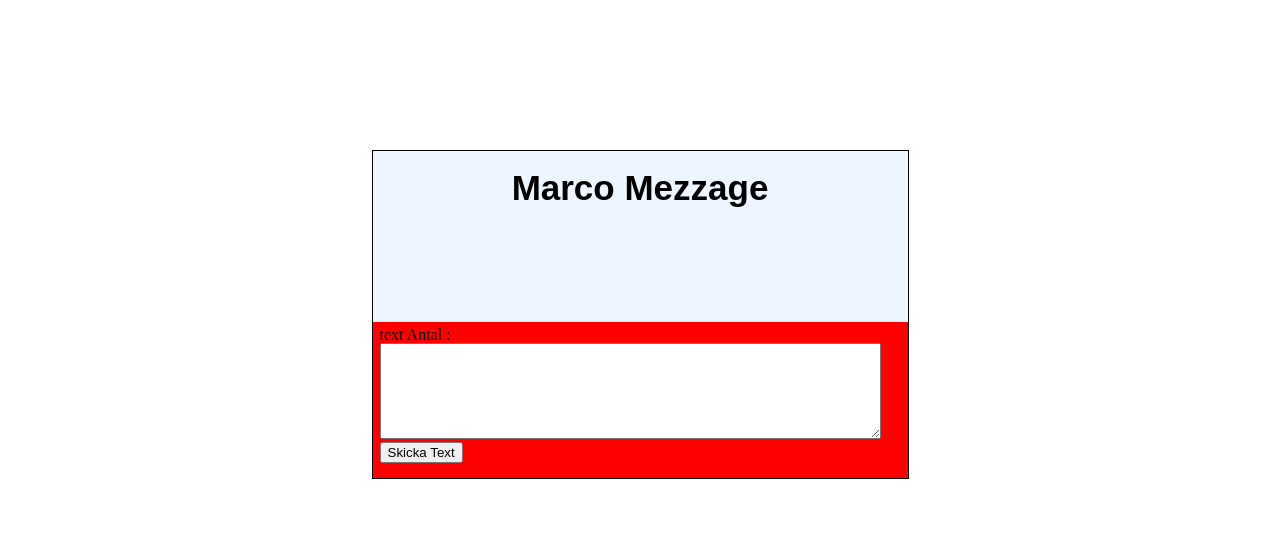
Repository: Marco30/1dv403-laborationer
Page: 2-labbymezzage/index.html
The author's editor kept a record of every edit. The page is drawn from the files as they stood at one moment, then again after the next edit.
The browser window is 1280 px wide. The pictures show the whole page.

Above is the page before.

After the next edit:
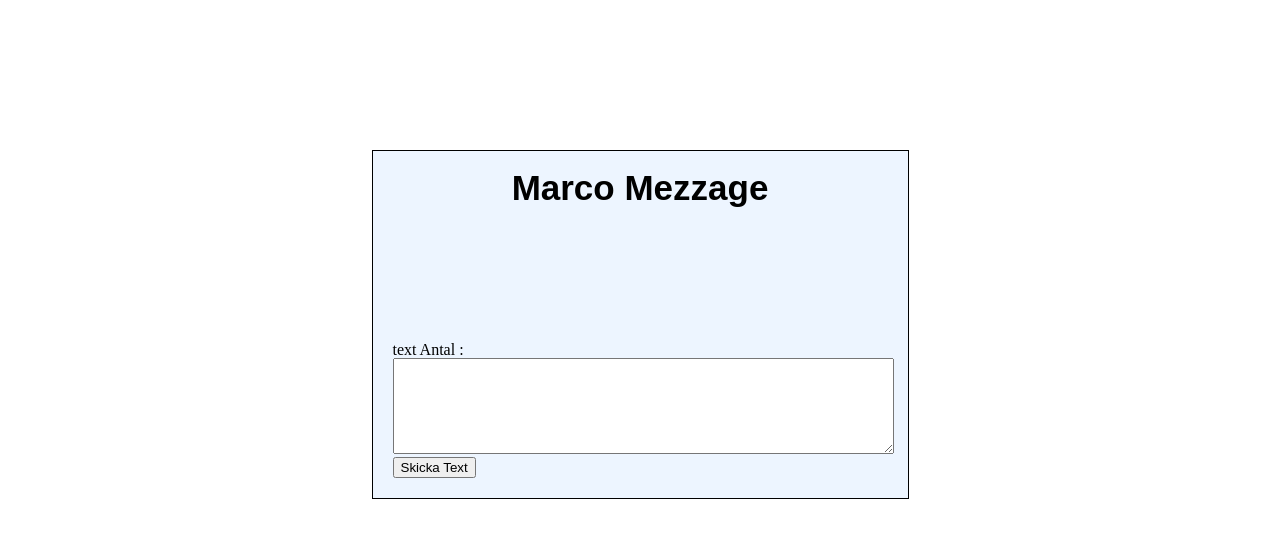
The edit:
--- a/2-labbymezzage/css/style.css
+++ b/2-labbymezzage/css/style.css
@@ -73,7 +73,18 @@
 font-size: 35px;
 color:black;
 }
-#textruta
+
+main
+{
+    width: 600px;
+    height: auto;
+    margin: auto;
+
+	padding: 20px;
+	overflow: hidden;
+}
+
+textruta
 {
     height: 151px;
 padding-top: 5px;
